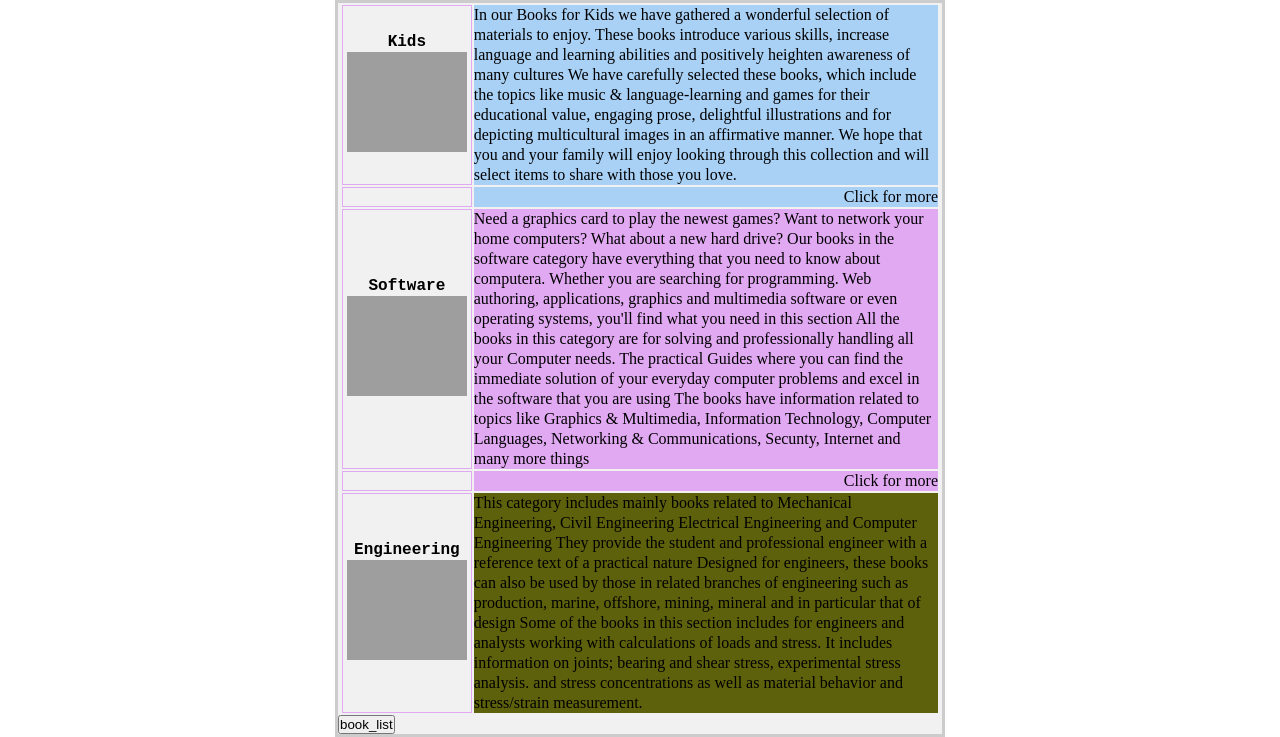
Repository: Helianthusss/Learn-CPP
Page: HTML/lap2/bai4/bai4.html
These files come from the project's save history. The page is drawn as it stood at one moment and after the next save; the edit follows.
The browser window is 1280 px wide. The pictures show the whole page.
Pictures or frames that could not be fetched are drawn as grey boxes.

Above is the page before, as saved 2021-10-10 08:30:13.

After the next save:
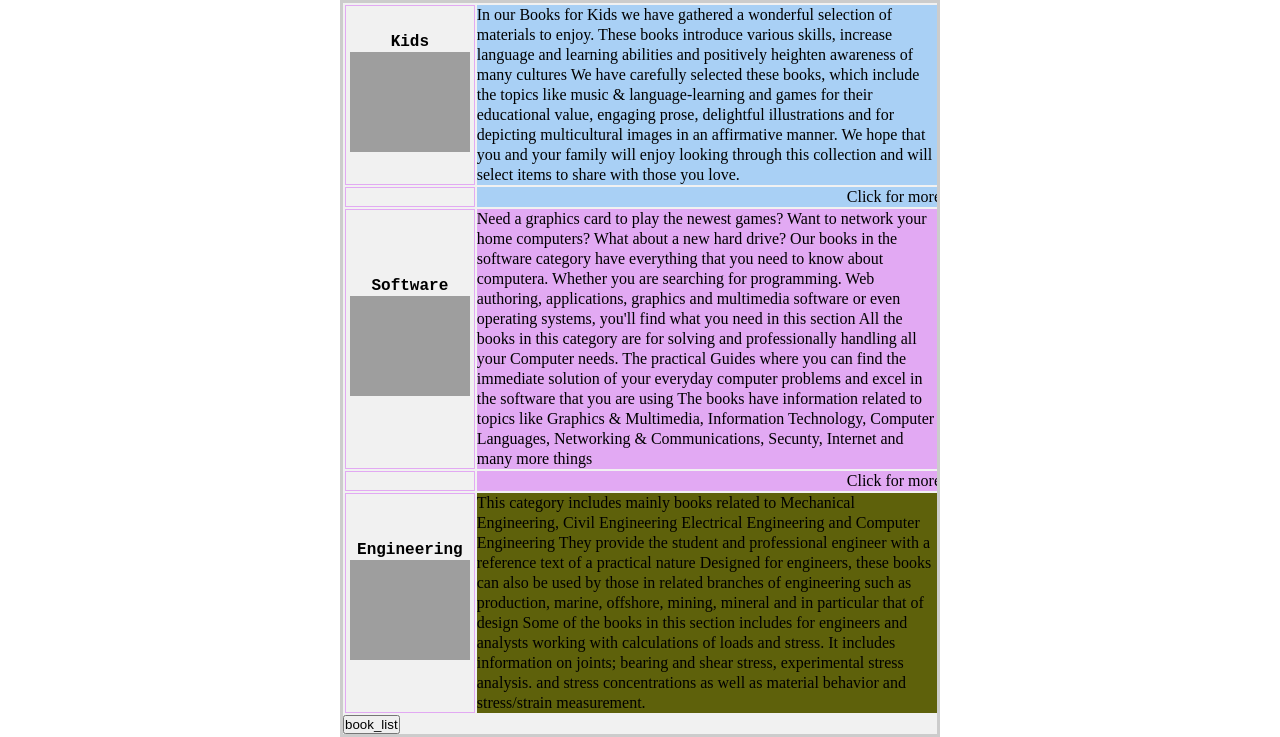
Saved 48 s later.
--- a/HTML/lap2/bai4/bai4.css
+++ b/HTML/lap2/bai4/bai4.css
@@ -16,7 +16,7 @@
   background-color: #f1f1f1;
   margin-left: auto;
   margin-right: auto;
-  width: 610px;
+  width: 600px;
   overflow-x: scroll;
   overflow-y: scroll;
 }

After the save that followed:
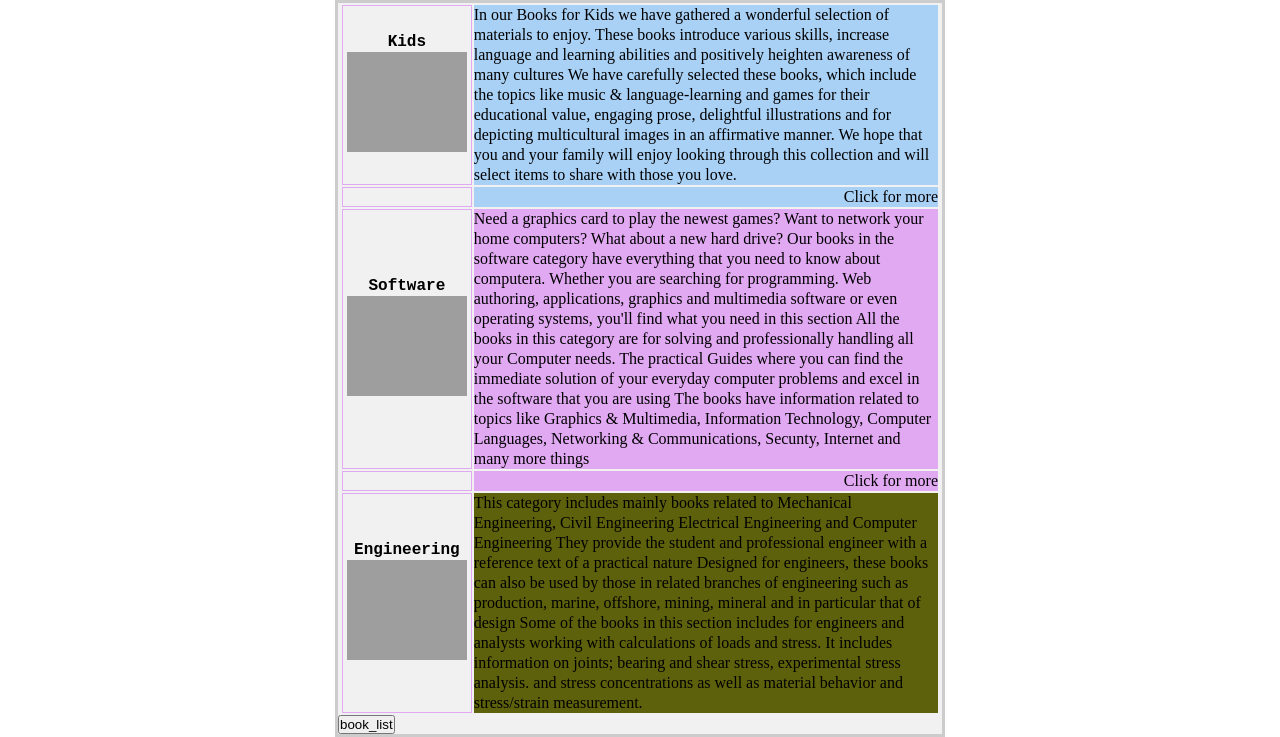
Saved 20 s later.
--- a/HTML/lap2/bai4/bai4.css
+++ b/HTML/lap2/bai4/bai4.css
@@ -16,7 +16,7 @@
   background-color: #f1f1f1;
   margin-left: auto;
   margin-right: auto;
-  width: 600px;
+  width: 610px;
   overflow-x: scroll;
   overflow-y: scroll;
 }
